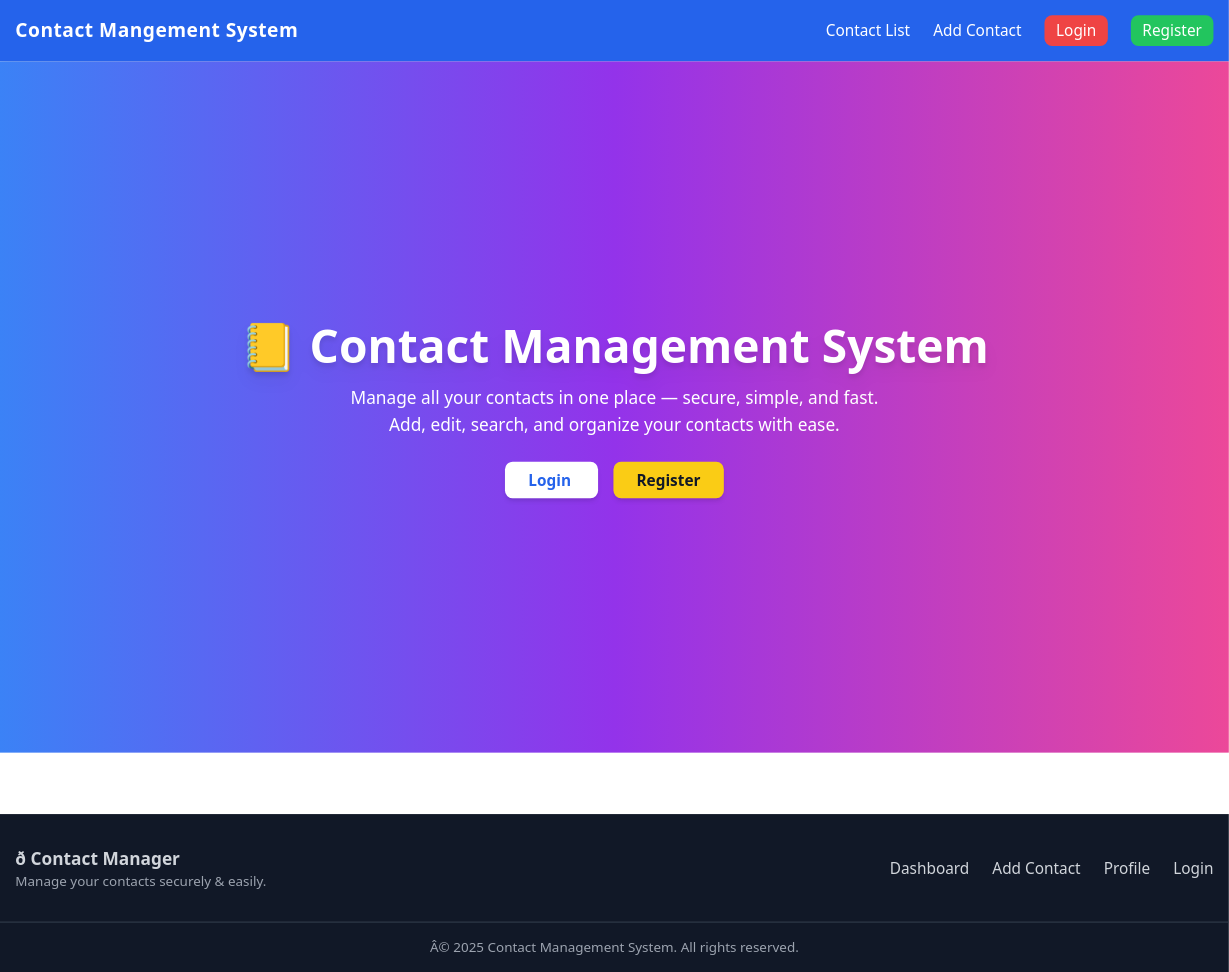
Repository: tauseefthedeveloper/ContactManagementSystem
Page: http://localhost/ContactManagementSystem/
An editor plug-in stored every save of this project. The page is shown before and after the next save, followed by the edit.
The browser window is 1280 px wide. The pictures show the whole page, at 96% of full size.
Some web libraries are served in a nearby version. The page is served by Tomcat 9. Other server files are loaded and not shown.

Above is the page before, as saved 2025-09-01 09:45:56.

### ContactManagementSystem/src/main/webapp/index.jsp
<%@ page language="java" contentType="text/html; charset=UTF-8"
	pageEncoding="UTF-8"%>
<!DOCTYPE html>
<html>
<head>
<meta charset="UTF-8">
<title>Contact Management System || Home page</title>
<script src="https://cdn.tailwindcss.com"></script>

</head>

<body>
	<div>
		<%@include file="navbar.jsp"%>
	</div>
	<div
		class="h-screen bg-gradient-to-r from-blue-500 via-purple-600 to-pink-500 flex items-center justify-center">
		<div class="text-center text-white px-6">

			<!-- Title -->
			<h1 class="text-5xl font-extrabold mb-4 drop-shadow-lg">📒
				Contact Management System</h1>

			<!-- Subtitle -->
			<p class="text-lg mb-8 max-w-xl mx-auto">Manage all your contacts
				in one place — secure, simple, and fast. Add, edit, search, and
				organize your contacts with ease.</p>

			<!-- Buttons -->
			<div class="space-x-4">
				<a href="login.jsp"
					class="bg-white text-blue-600 font-semibold px-6 py-2 rounded-lg shadow-md hover:bg-gray-200 transition">
					Login </a> <a href="register.jsp"
					class="bg-yellow-400 text-gray-900 font-semibold px-6 py-2 rounded-lg shadow-md hover:bg-yellow-300 transition">
					Register </a>
			</div>
		</div>
	</div>
	<div>
	  <%@include file="footer.jsp" %>
	</div>

</body>
</html>

### ContactManagementSystem/src/main/webapp/navbar.jsp
<!-- Navbar -->
<nav class="bg-blue-600 text-white shadow-lg">
  <div class="max-w-7xl mx-auto px-4">
    <div class="flex justify-between h-16">

      <!-- Logo / Brand -->
      <div class="flex items-center">
        <a href="dashboard.jsp" class="text-xl font-bold tracking-wide">Contact Mangement System</a>
      </div>

      <!-- Links -->
      <div class="hidden md:flex items-center space-x-6">
        <a href="dashboard.jsp" class="hover:text-gray-200">Contact List</a>
        <a href="add_contact.jsp" class="hover:text-gray-200">Add Contact</a>
        <a href="LogoutServlet" class="bg-red-500 px-3 py-1 rounded-lg hover:bg-red-600">Login</a>
        <a href="LogoutServlet" class="bg-green-500 px-3 py-1 rounded-lg hover:bg-green-600">Register</a>
      </div>

      <!-- Mobile Menu Button -->
      <div class="md:hidden flex items-center">
        <button id="menu-btn" class="focus:outline-none">
          <svg class="w-6 h-6" fill="none" stroke="currentColor" viewBox="0 0 24 24">
            <path stroke-linecap="round" stroke-linejoin="round" stroke-width="2"
              d="M4 6h16M4 12h16M4 18h16"/>
          </svg>
        </button>
      </div>
    </div>
  </div>

  <!-- Mobile Menu -->
  <div id="menu" class="hidden md:hidden bg-blue-700 px-4">
    <a href="dashboard.jsp" class="block py-2 hover:text-gray-300">Dashboard</a>
    <a href="add_contact.jsp" class="block py-2 hover:text-gray-300">Add Contact</a>
    <a href="profile.jsp" class="block py-2 hover:text-gray-300">Profile</a>
    <a href="LogoutServlet" class="block py-2 text-red-300 hover:text-red-400">Logout</a>
  </div>
</nav>

<!-- Script for Mobile Menu -->
<script>
  const btn = document.getElementById('menu-btn');
  const menu = document.getElementById('menu');

  btn.addEventListener('click', () => {
    menu.classList.toggle('hidden');
  });
</script>

### ContactManagementSystem/src/main/webapp/footer.jsp
<!-- Footer -->
<footer class="bg-gray-900 text-gray-300 mt-16">
  <div class="max-w-7xl mx-auto px-4 py-8 md:flex md:items-center md:justify-between">

    <!-- Left Side -->
    <div class="text-center md:text-left mb-4 md:mb-0">
      <h2 class="text-lg font-semibold">📒 Contact Manager</h2>
      <p class="text-sm text-gray-400">Manage your contacts securely & easily.</p>
    </div>

    <!-- Right Side Links -->
    <div class="flex justify-center space-x-6">
      <a href="dashboard.jsp" class="hover:text-white">Dashboard</a>
      <a href="add_contact.jsp" class="hover:text-white">Add Contact</a>
      <a href="profile.jsp" class="hover:text-white">Profile</a>
      <a href="login.jsp" class="hover:text-white">Login</a>
    </div>
  </div>

  <!-- Bottom Line -->
  <div class="border-t border-gray-700 text-center py-4 text-sm text-gray-400">
    © 2025 Contact Management System. All rights reserved.
  </div>
</footer>

After the next save:
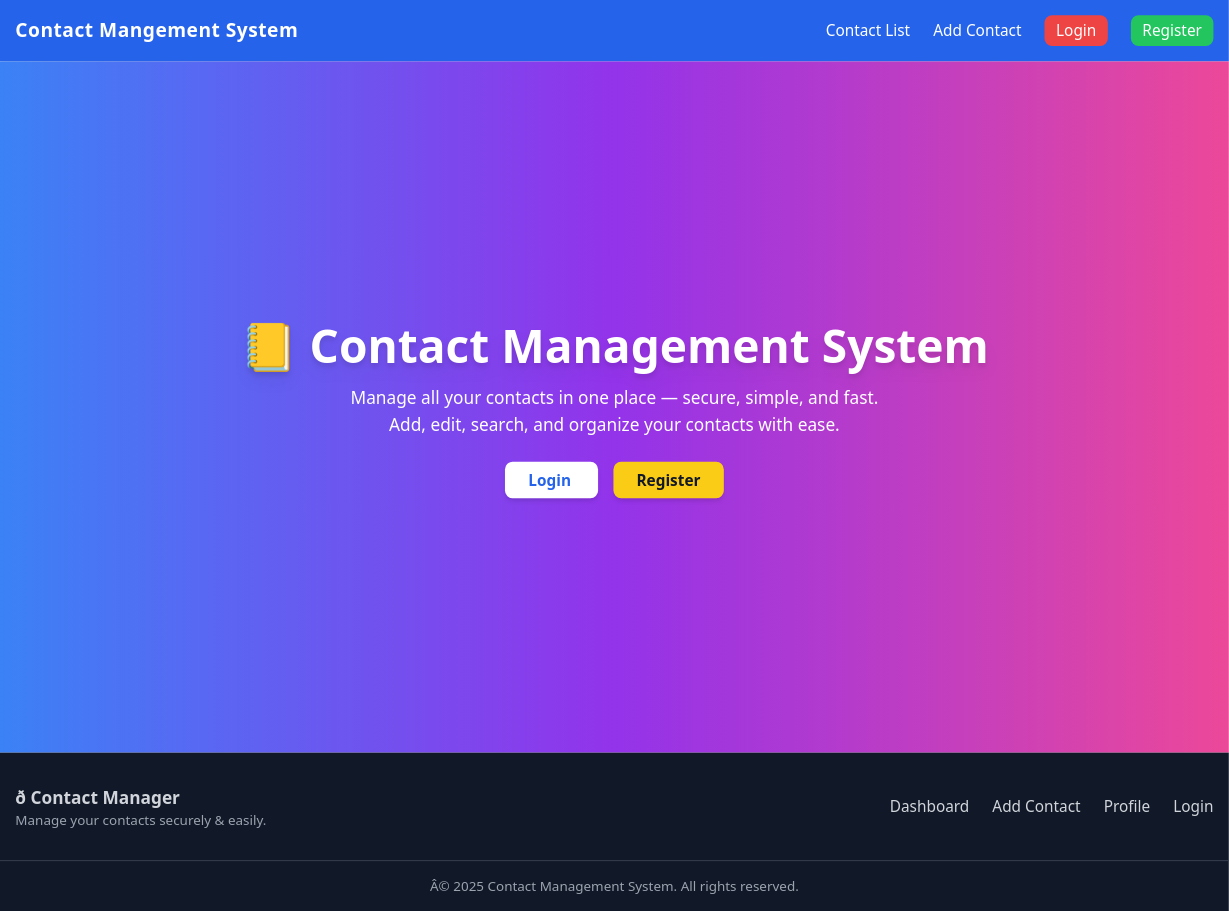
Saved 2 min 10 s later.
--- a/ContactManagementSystem/src/main/webapp/index.jsp
+++ b/ContactManagementSystem/src/main/webapp/index.jsp
@@ -36,7 +36,7 @@
 			</div>
 		</div>
 	</div>
-	<div>
+	<div style="margin-top:-64px;">
 	  <%@include file="footer.jsp" %>
 	</div>
 

After the save that followed:
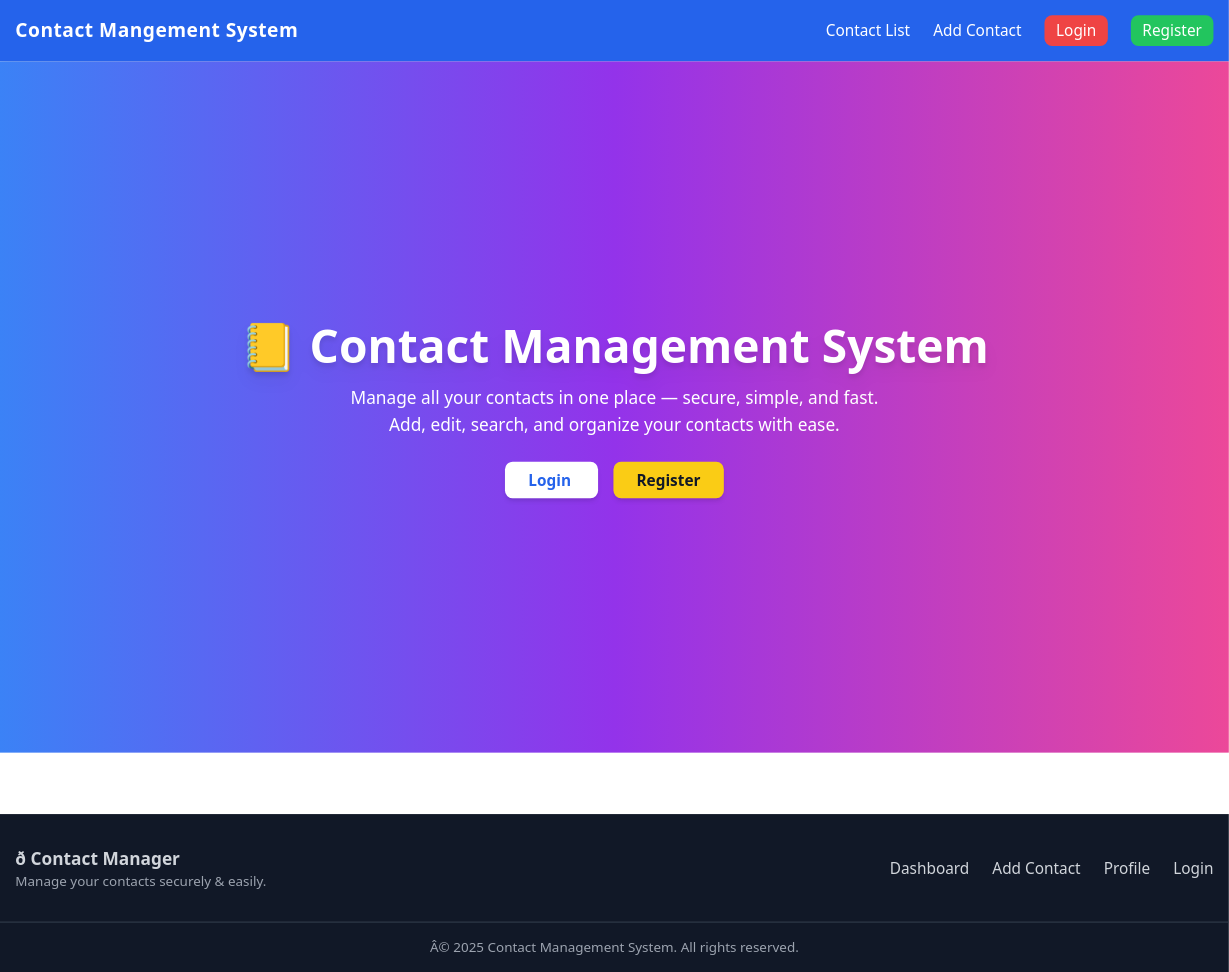
Saved 25 s later.
--- a/ContactManagementSystem/src/main/webapp/index.jsp
+++ b/ContactManagementSystem/src/main/webapp/index.jsp
@@ -36,7 +36,7 @@
 			</div>
 		</div>
 	</div>
-	<div style="margin-top:-64px;">
+	<div>
 	  <%@include file="footer.jsp" %>
 	</div>
 
